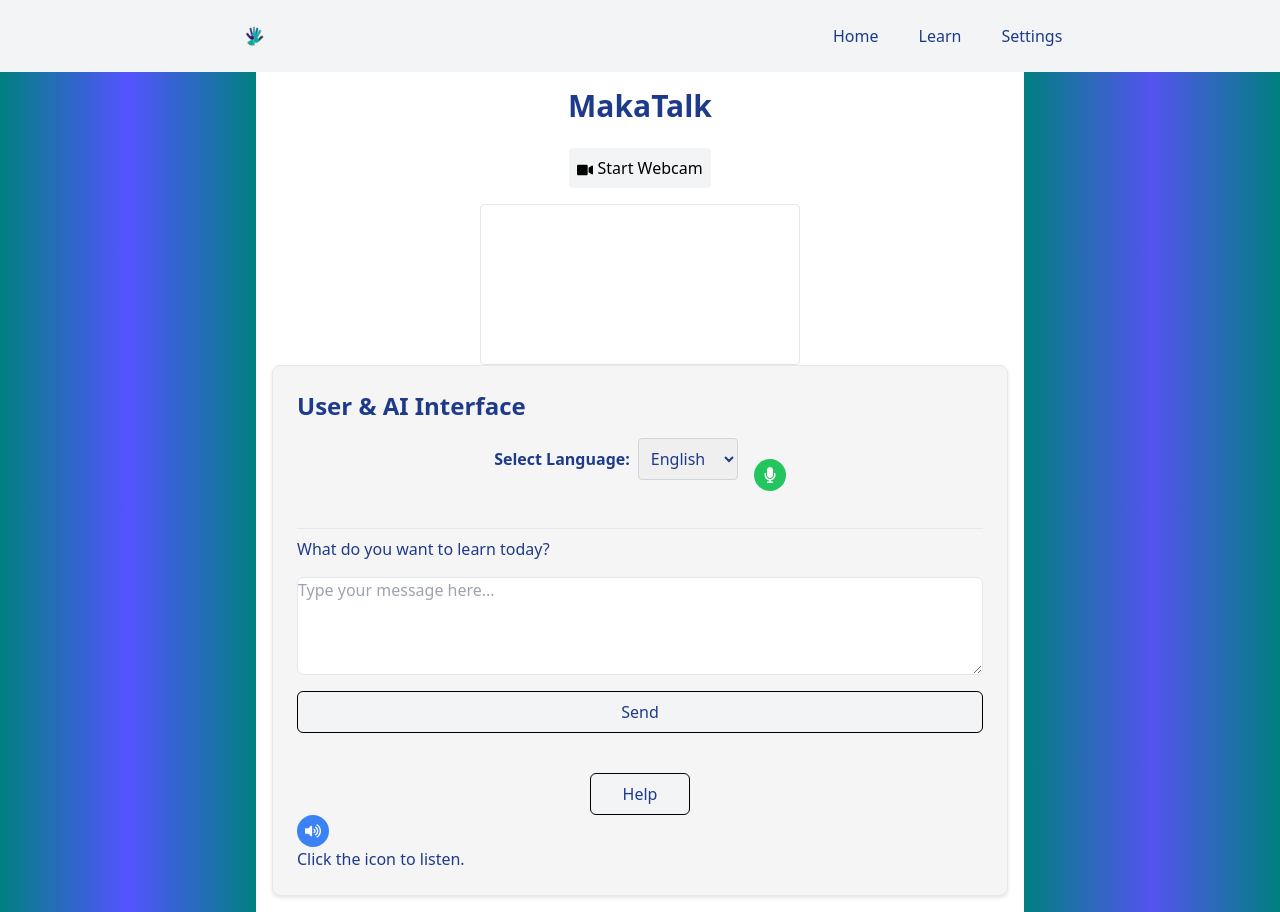
Repository: maria2469/MakaTalk
Page: /learn
An editor plug-in stored every save of this project. The page is shown before and after the next save, followed by the edit.
The browser window is 1280 px wide. The pictures show the whole page.
The page's requests for data from a server got no answer. The project was rebuilt for these pictures with package versions that can differ from the ones it lists, and the page was loaded fresh each time. No one was signed in, and anything a server would have sent is missing. Also part of the build but not shown: vite.config.js, src/components/LandingPage/Landing.jsx.

Above is the page before, as saved 2024-10-10 14:37:58.

After the next save:
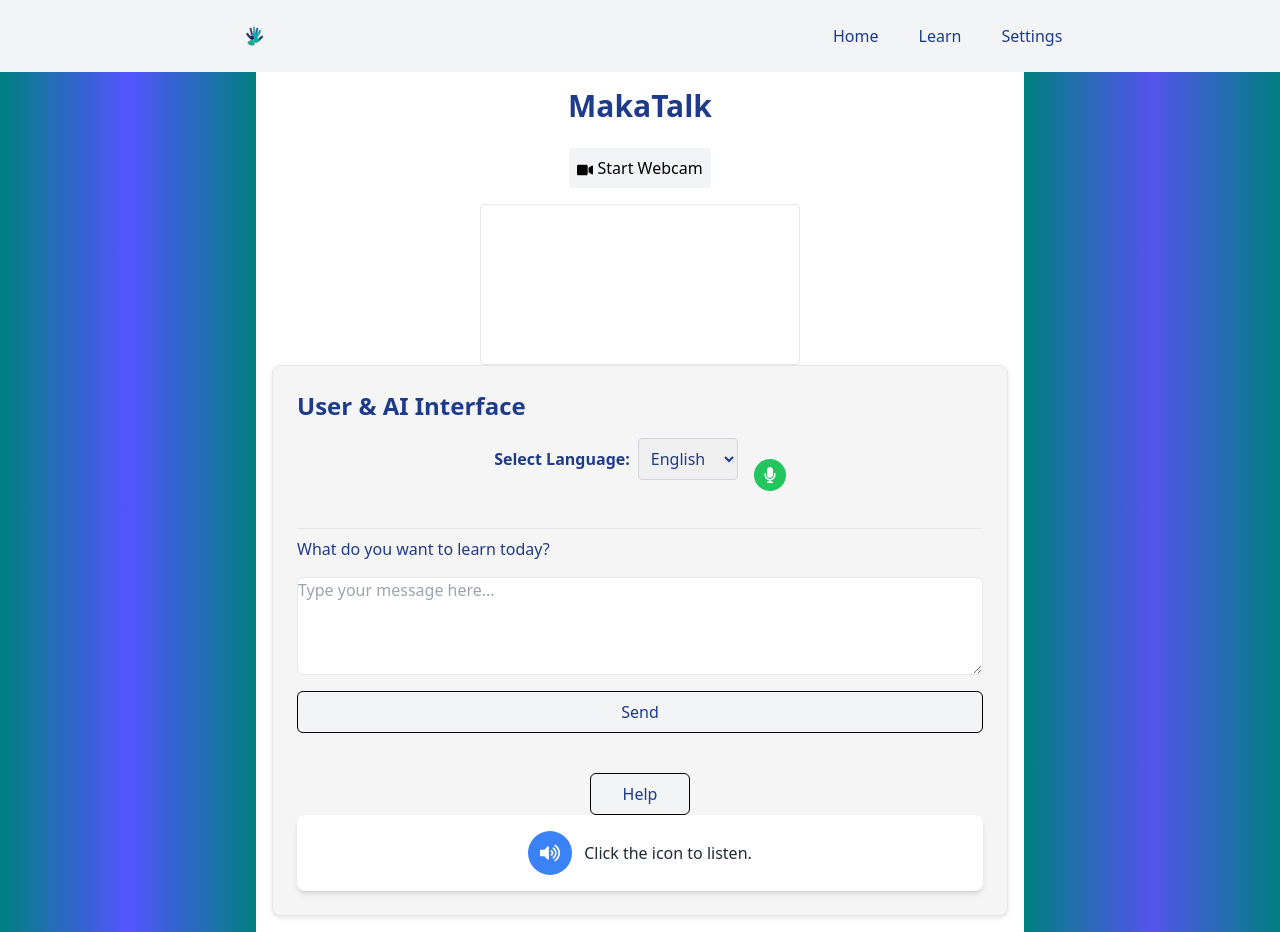
Saved 94 s later.
--- a/src/components/TextToSpeech/TextToSpeech.jsx
+++ b/src/components/TextToSpeech/TextToSpeech.jsx
@@ -34,15 +34,16 @@ const TextToSpeech = ({ text, selectedLanguage }) => {
     };
 
     return (
-        <div className="text-to-speech">
+        <div className="text-to-speech flex items-center justify-center p-4 rounded-lg shadow-md bg-white">
             <button
                 onClick={handleSpeak}
-                className={`p-2 rounded-full ${isSpeaking ? 'bg-gray-500' : 'bg-blue-500'} text-white`}
+                className={`p-3 rounded-full transition-colors duration-200 ${isSpeaking ? 'bg-gray-500' : 'bg-blue-500 hover:bg-blue-600'} text-white`}
                 disabled={isSpeaking}
+                aria-label="Play Audio" // Added for accessibility
             >
-                <FaVolumeUp />
+                <FaVolumeUp size={20} />
             </button>
-            <p>{isSpeaking ? `Speaking: ${text}` : 'Click the icon to listen.'}</p>
+            <p className="ml-3 text-gray-800 font-medium">{isSpeaking ? `Speaking: ${text}` : 'Click the icon to listen.'}</p>
         </div>
     );
 };
